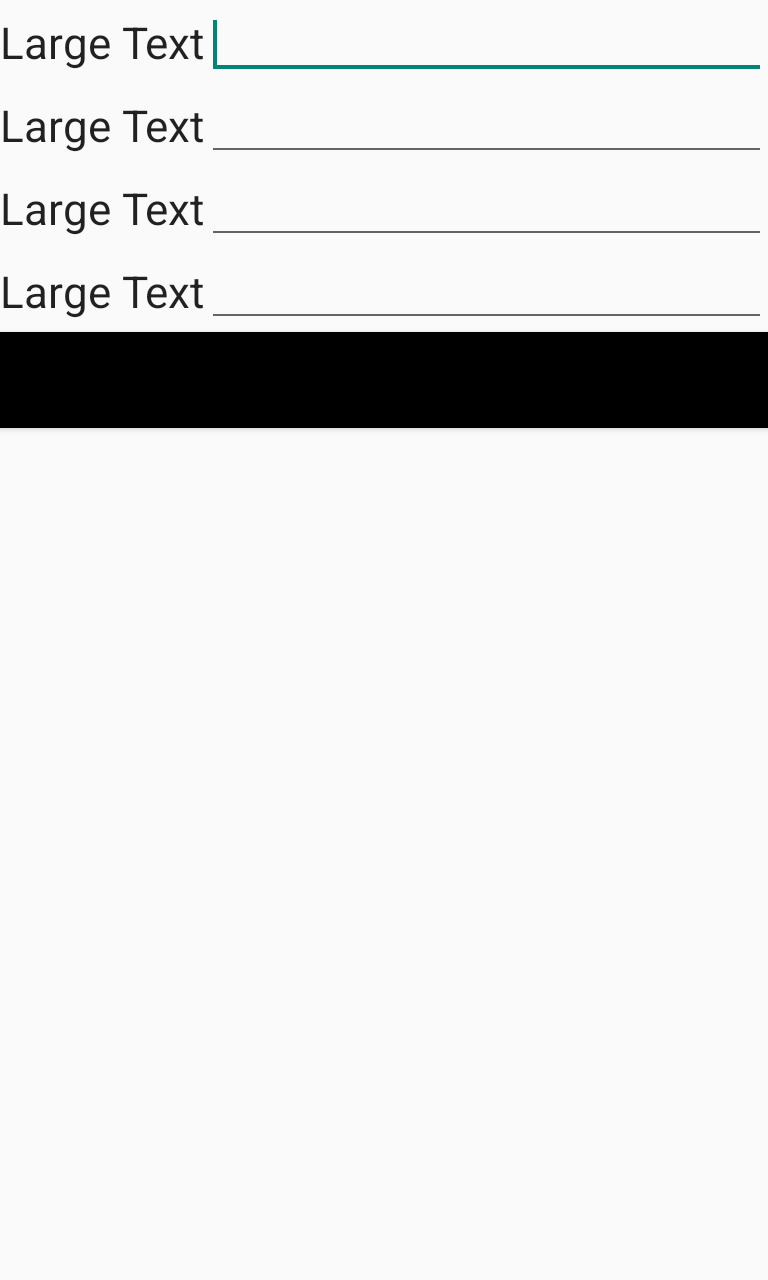
Repository: charlesweng/school
Layout: simpleandroidapps/GettingToKnowUIActivities/charleswengScoringProject/charleswengScoring/res/layout/fragment_teamdialog.xml
These files come from the project's save history. The layout is drawn as it stood at one moment and after the next save; the edit follows.
It is drawn on a 768 x 1280 px phone screen (xhdpi) without system bars, with theme AppTheme; the app's code is not run.

Above is the layout before, as saved 2014-04-26 08:38:26.

After the next save:
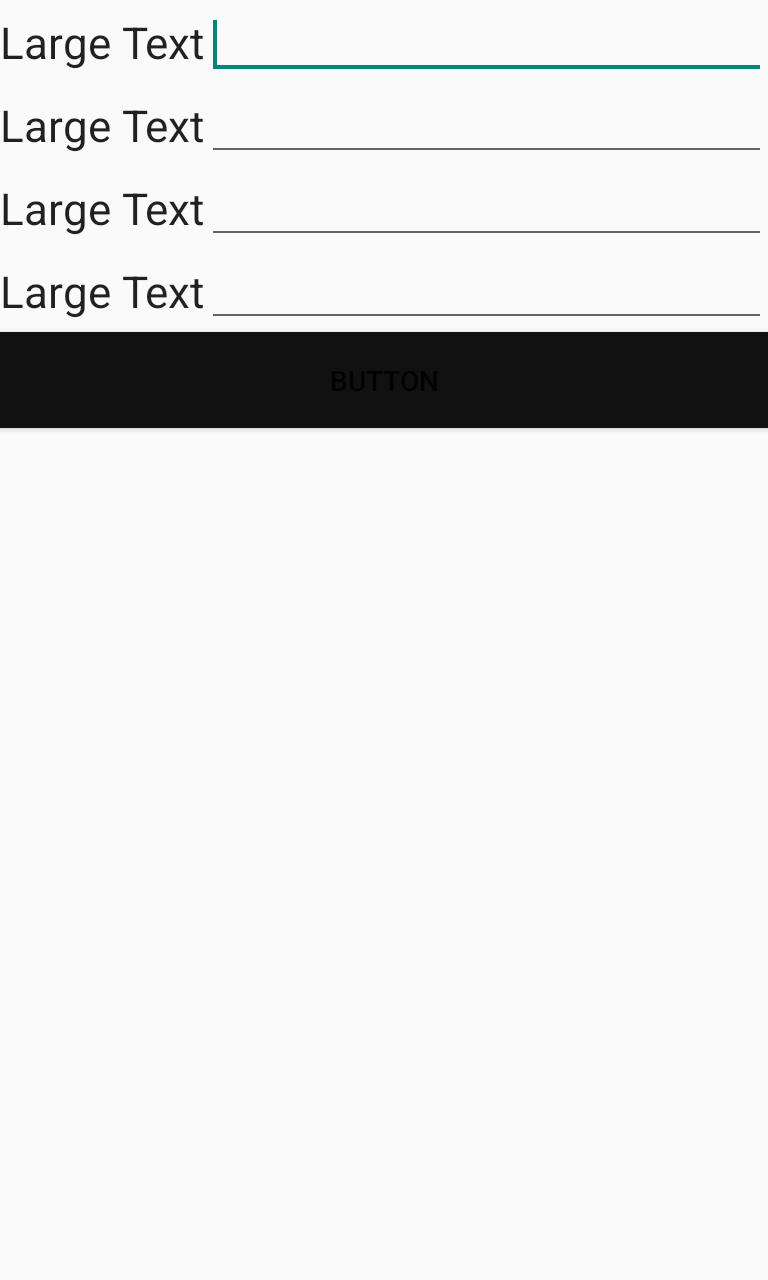
Saved 4 s later.
--- a/simpleandroidapps/GettingToKnowUIActivities/charleswengScoringProject/charleswengScoring/res/layout/fragment_teamdialog.xml
+++ b/simpleandroidapps/GettingToKnowUIActivities/charleswengScoringProject/charleswengScoring/res/layout/fragment_teamdialog.xml
@@ -92,6 +92,6 @@
         android:layout_below="@+id/editScore2"
         android:layout_centerHorizontal="true"
         android:text="Button"
-        android:background="#000"/>
+        android:background="#111"/>
 
 </RelativeLayout>
